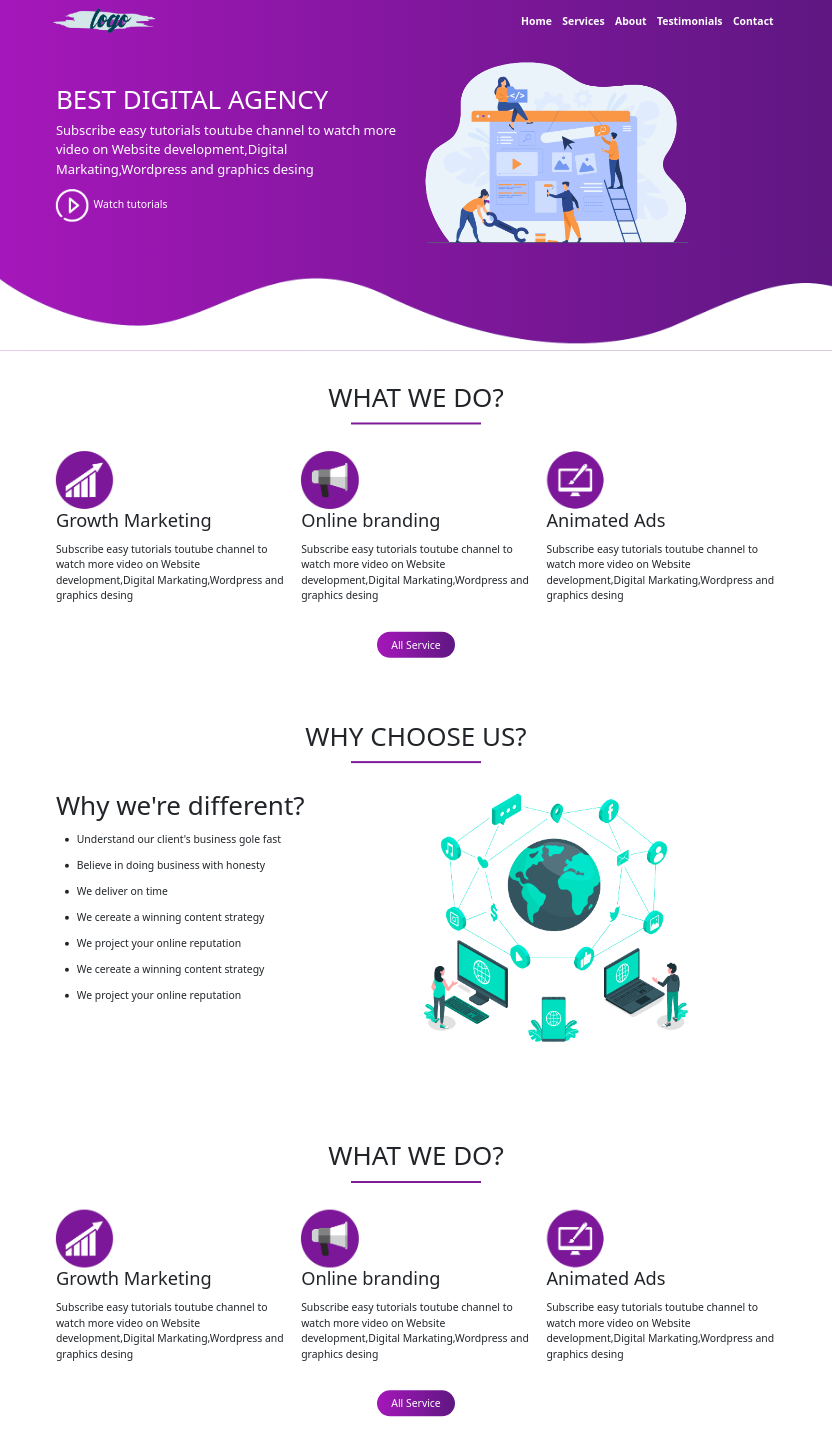
Repository: zjria/PSD-to-HTML-DIGITAL-AGENCY
Page: index.html
These files come from the project's save history. The page is drawn as it stood at one moment and after the next save; the edit follows.
The browser window is 1280 px wide. The pictures show the whole page, at 65% of full size.
Some web libraries are served in a nearby version.

Above is the page before, as saved 2022-05-11 08:51:16.

After the next save:
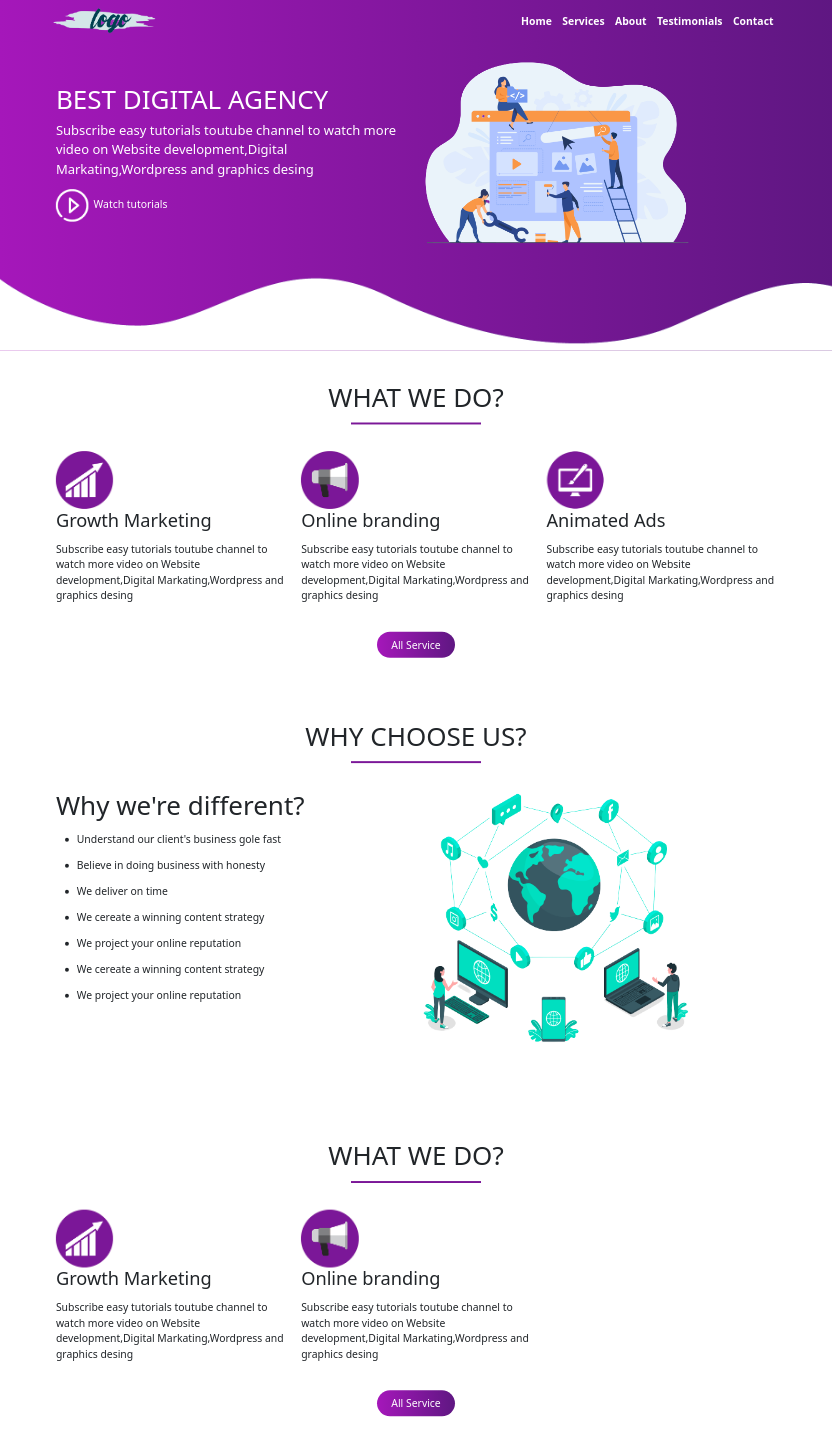
Saved 47 s later.
--- a/index.html
+++ b/index.html
@@ -146,12 +146,6 @@
             <p>
               Subscribe easy tutorials toutube channel to watch more video on Website development,Digital Markating,Wordpress and graphics desing</p>
           </div>
-          <div class="col-12 col-md-4 mb-2">
-            <img src="img/service3.png" alt="" class="img-fluid w-25">
-            <h3 class="mb-3">Animated Ads</h3>
-            <p>
-              Subscribe easy tutorials toutube channel to watch more video on Website development,Digital Markating,Wordpress and graphics desing</p>
-          </div>
         </div>
         <div class="row">
           <div class="com-12 text-center">
